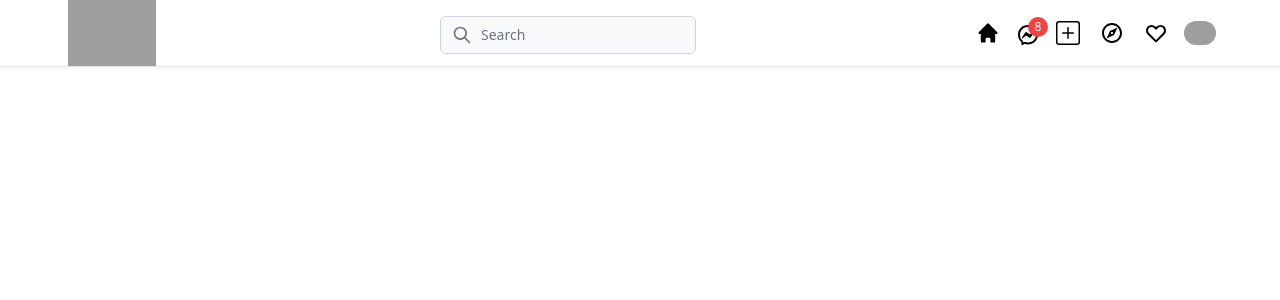
Repository: SehajBindra/insta--clone
Page: /
The author's editor kept a copy of each file at every save. The page is drawn from the files as they stood at one save, then again after the next save.
The browser window is 1280 px wide. The pictures show the whole page.
Pictures or frames that could not be fetched are drawn as grey boxes. The project was rebuilt for these pictures with package versions that can differ from the ones it lists, and the page was loaded fresh each time. The framework's server and built-in components were replaced by stand-ins that run in the browser. Also part of the build but not shown: next.config.js, styles/Home.module.css.

Above is the page before, as saved 2022-04-11 14:30:10.

### pages/index.js
import Head from 'next/head'
import Image from 'next/image'
import Feed from '../components/Feed'
import Header from '../components/Header'
import styles from '../styles/Home.module.css'

export default function Home() {
  return (
    <div className={styles.container}>
      <Head>
        <title>Instagram</title>
        <meta name="description" content="Generated by create next app" />
        <link rel="icon" href="https://upload.wikimedia.org/wikipedia/commons/thumb/a/a5/Instagram_icon.png/600px-Instagram_icon.png" />

      </Head>
      <Header />

      <Feed />

    </div>
  )
}

### styles/globals.css
@tailwind base;
@tailwind components;
@tailwind utilities;


@layer components {
  .navBtn {
    @apply hidden h-6 md:inline-flex cursor-pointer hover:scale-125 transition-all duration-150 ease-out
  }
}

### components/Feed.js
import React from 'react'

function Feed() {
  return (
    <div>
        {/* section */}
        {/* stories */}
        {/* posts */}


        {/* section */}
        {/* mini profile */}
    </div>
  )
}

export default Feed

### components/Header.js
import React from "react";
import Image from "next/image";
import { RiMessengerLine } from "react-icons/ri";
import { BsPlusSquare } from "react-icons/bs";
import { MdOutlineExplore } from "react-icons/md";

import {
    SearchIcon,
    PlusCircleIcon,
    UserGroupIcon,
    HeartIcon,
    PaperAirplaneIcon,
    MenuIcon
} from "@heroicons/react/outline"
import {HomeIcon } from "@heroicons/react/solid";

function Header() {
  return (
    <div className="shadow-sm border-b  bg-white sticky top-0 z-50">
      <div className="flex justify-between max-w-6xl mx-5 xl:mx-auto ">
        <div className="relative hidden lg:inline-grid w-24 cursor-pointer ">
          <Image
            src="https://links.papareact.com/ocw"
            layout="fill"
            objectFit="contain"
          />
        </div>

        <div className=" relative w-10   lg:hidden flex-shrink-0 cursor-pointer">
          <Image
            src="https://links.papareact.com/jjm"
            layout="fill"
            objectFit="contain"
          />
        </div>

        {/* Middle Search Input Field */}
        <div className=" max-w-xs">
        <div className=" relative mt-1  p-3 rounded-md ">
            <div className=" absolute inset-y-3  pl-3 flex items-center pointer-events-none ">
             <SearchIcon  className="h-5  w-5 text-gray-500" />
            </div>
            <input className="bg-gray-50 block w-full pl-10 sm:text-sm border-gray-300  focus:ring-black  focus:border-black rounded-md" type="text" placeholder="Search" />

        </div>
        </div>
       {/* Right side */}
       <div className="flex items-center  justify-end space-x-4">
       <HomeIcon className=" navBtn" />
       <MenuIcon className=" h-6 md:hidden cursor-pointer " />
       <div className=" relative navBtn ">
       <RiMessengerLine className="h-7 w-6  navBtn" />
       <div className=" absolute -top-1 -right-2  text-xs w-5 h-5 bg-red-500  rounded-full flex items-center  justify-center animate-none text-white ">8</div>
       </div>

       <BsPlusSquare  className="h-6 w-6"/>
       {/* <UserGroupIcon className="navBtn"/> */}
       <MdOutlineExplore className=" hidden h-6  w-8 md:inline-flex cursor-pointer hover:scale-125 transition-all duration-150 ease-out   " />
       <HeartIcon     className="navBtn"  />

       <img className="h-6 rounded-full  cursor-pointer" src="https:links.papareact.com/3ke" alt="profile pic"  />
       </div>
      </div>
    </div>
  );
}

export default Header;

### tailwind.config.js
module.exports = {
  content: ["./pages/**/*.{js,ts,jsx,tsx}",
  "./components/**/*.{js,ts,jsx,tsx}",],
  theme: {
    extend: {},
  },
  plugins: [require("@tailwindcss/forms")],
}

Loaded but not shown: pages/_app.js (common file)

After the next save:
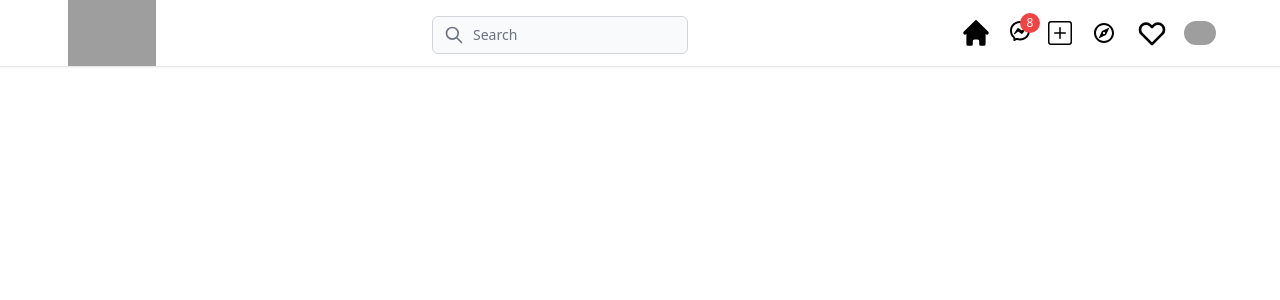
Saved 2 min 46 s later.
--- a/styles/globals.css
+++ b/styles/globals.css
@@ -5,6 +5,6 @@
 
 @layer components {
   .navBtn {
-    @apply hidden h-6 md:inline-flex cursor-pointer hover:scale-125 transition-all duration-150 ease-out
+    @apply hidden h-8 md:inline-flex cursor-pointer hover:scale-125 transition-all duration-150 ease-out
   }
 }
